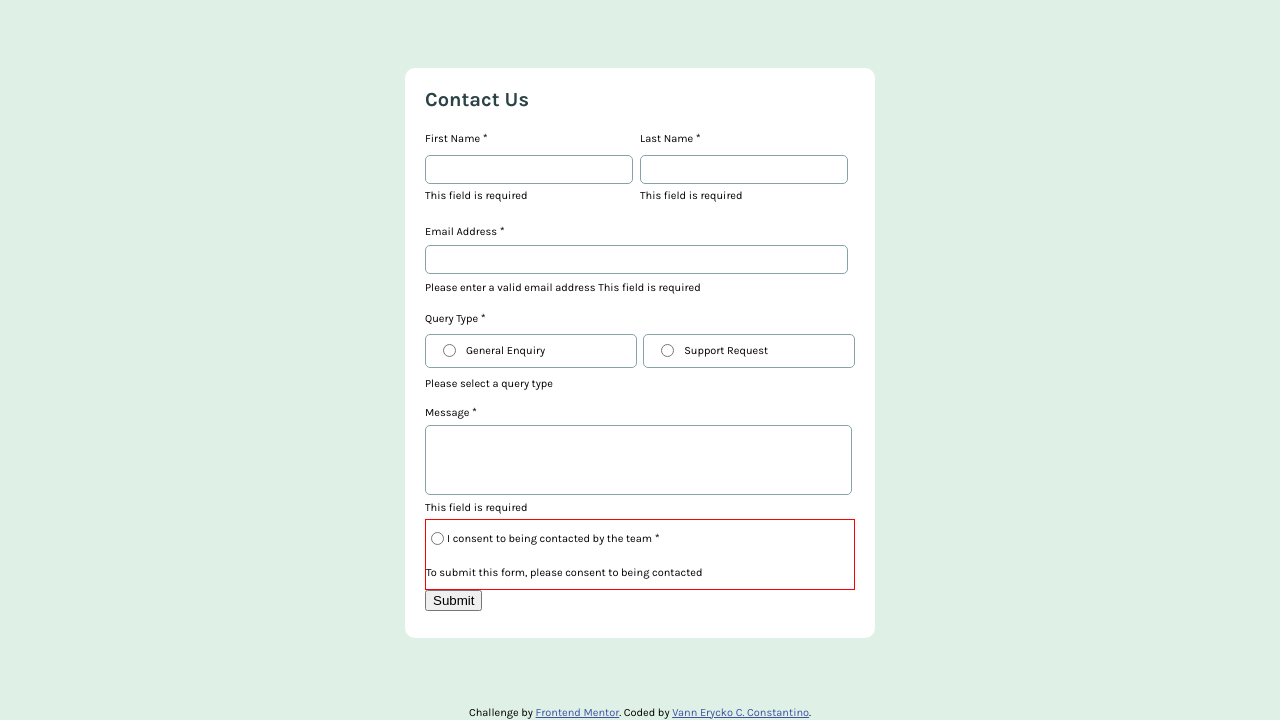
Repository: kocokoy/contact-form
Page: contact-form-main/index.html
These files come from the project's save history. The page is drawn as it stood at one moment and after the next save; the edit follows.
The browser window is 1280 px wide. The pictures show the whole page.

Above is the page before, as saved 2024-10-24 10:55:13.

After the next save:
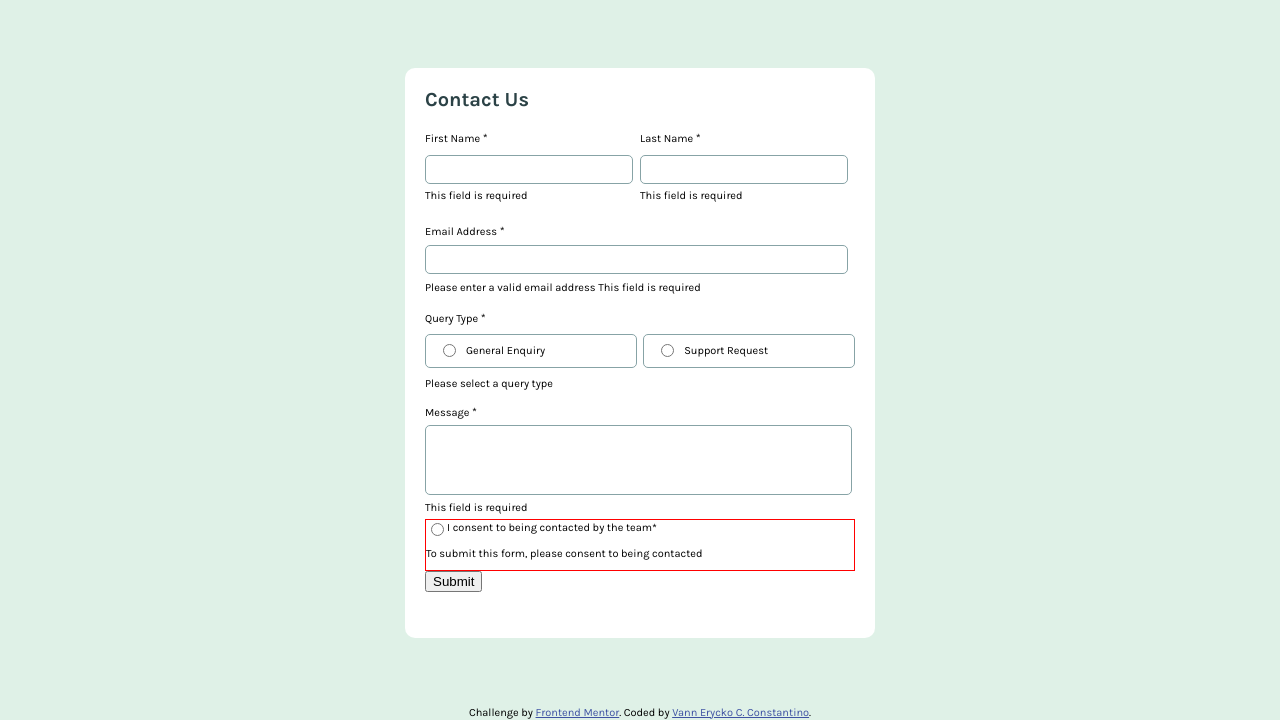
Saved 17 s later.
--- a/contact-form-main/index.html
+++ b/contact-form-main/index.html
@@ -73,7 +73,7 @@
       <div class="consent-section">
         <div>
           <input type="radio">
-          <p>I consent to being contacted by the team  <span>*</span></p>
+          I consent to being contacted by the team  <span>*</span>
         </div>
         <p> To submit this form, please consent to being contacted</p>
       </div>
